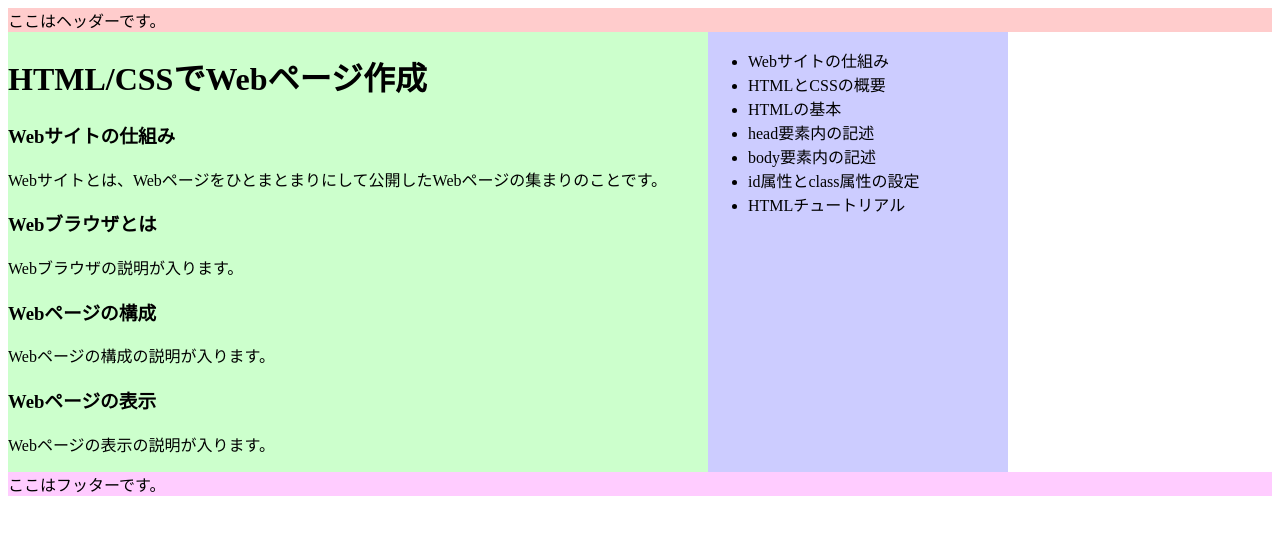
Repository: Masakazu6221/masakazu-dialog
Page: images_kitchen/kadai-html.html
The author's editor kept a record of every edit. The page is drawn from the files as they stood at one moment, then again after the next edit.
The browser window is 1280 px wide. The pictures show the whole page.

Above is the page before.

After the next edit:
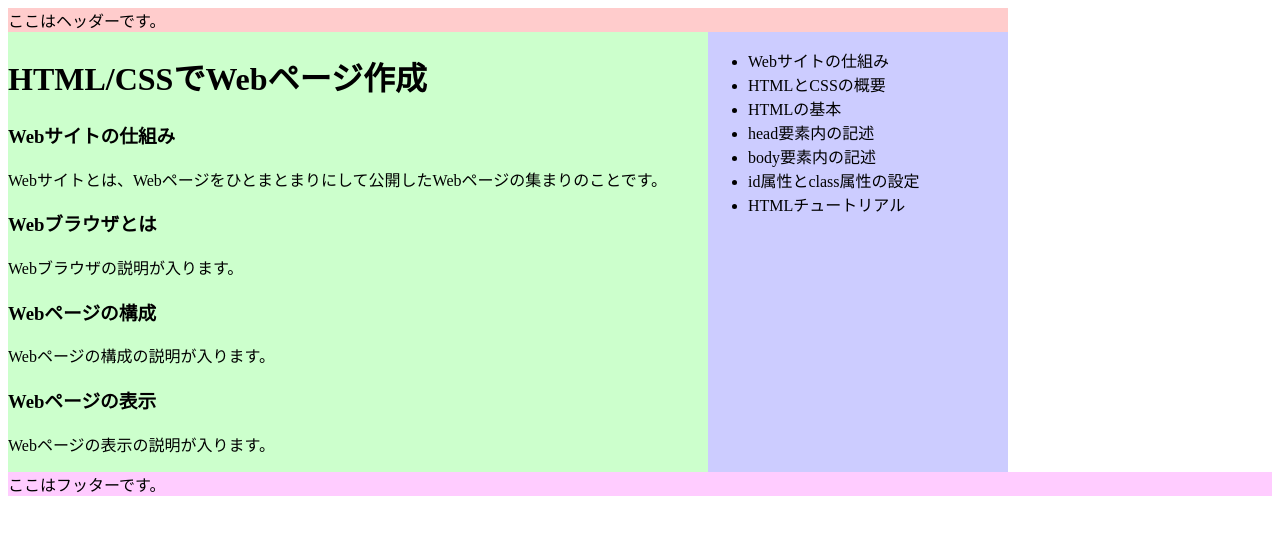
The edit:
--- a/images_kitchen/kadai-css.css
+++ b/images_kitchen/kadai-css.css
@@ -2,6 +2,7 @@
 
 header{
     background: #ffcccc;
+    width:1000px;
 }
 
 #wrapper{
